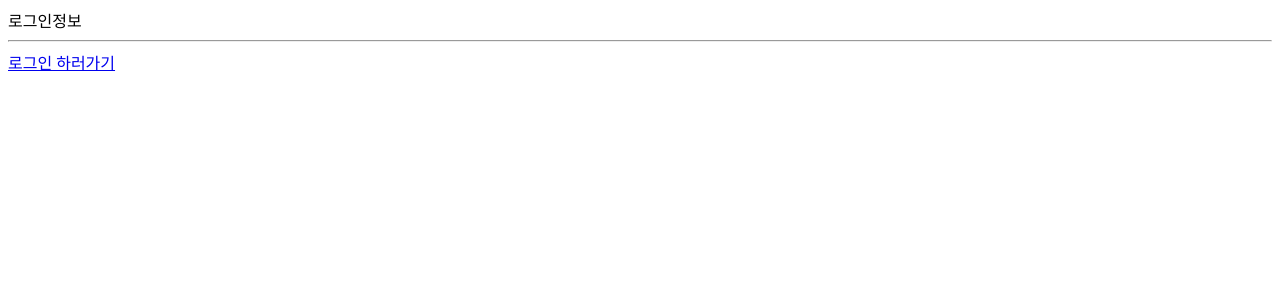
Repository: LetsBeLikeSophie/05_Android
Page: http://localhost/springHbe/cgiSession/showInfo.jsp
An editor plug-in stored every save of this project. The page is shown before and after the next save, followed by the edit.
The browser window is 1280 px wide. The pictures show the whole page.
The page is served by Tomcat 9. Other server files are loaded and not shown.

Above is the page before, as saved 2021-10-29 03:26:29.

### 211103/el_spring_hbe_work_로그인_세션_메일/springHbe/WebContent/cgiSession/showInfo.jsp
<%@ page language="java" contentType="text/html; charset=UTF-8" pageEncoding="UTF-8"%>
<%@ page import="a.b.c.com.cgi.session.K_Session"%>


<% request.setCharacterEncoding("UTF-8");%>
<%
	K_Session ks = K_Session.getInstance();

	String kID = ks.getSession(request);
%>
<!DOCTYPE html>
<html>
<head>
<meta charset="UTF-8">
<title>세션 정보 보기</title>
</head>
<body>
로그인정보
<hr>
<%
	if (kID !=null && kID.length() > 0) {
%>
	아이디 : <%= kID %><br>
	<a href="/springHbe/cgiSession/logout.jsp">로그아웃</a><br>
<%
	}else{
%>
	<a href="/springHbe/cgiSession/login.html">로그인 하러가기</a>
<%
	}
%>
</body>
</html>

### 211103/el_spring_hbe_work_로그인_세션_메일/springHbe/src/a/b/c/com/common/K_Session.java
package a.b.c.com.cgi.session;

import javax.servlet.http.HttpServletRequest;
import javax.servlet.http.HttpSession;

public class K_Session {

	private static final String K_SESSION_ID = "KID";

	// 싱글톤 패턴 : Singleton pattern
	private static class LazyHolder{
		public static final K_Session SESSIONLISTENER_INSTANCE = new K_Session();
	}

	public static K_Session getInstance(){
		return LazyHolder.SESSIONLISTENER_INSTANCE;
	}

	public K_Session(){
		super();
	}

	public void killSession(final HttpServletRequest hReq){

		HttpSession hSession = hReq.getSession(false);
		if (hSession !=null) {
			hSession.removeAttribute(K_SESSION_ID);
			hSession.invalidate();
		}
	}

	public boolean setSession(final HttpServletRequest hReq, final String userID) {

		HttpSession hSession = hReq.getSession();
		String k_session_val = (String)hSession.getAttribute(K_SESSION_ID);
		int nCnt = 0;

		if (k_session_val !=null) {
			boolean b1 = k_session_val.equals(userID);

			if (b1) {
				nCnt++;
			}else {
				System.out.println("세션 없음 >>> : ");
			}
		}else {
			System.out.println("세션 없음 >>> : ");
		}

		if (nCnt == 0) {
//			hSession.invalidate();
			hSession.setAttribute(K_SESSION_ID, userID);
			hSession.setMaxInactiveInterval(60*60);

			return false;
		}
		return true;
	}

	public String getSession(final HttpServletRequest hReq){

		String strSession = "";
		HttpSession hSession = hReq.getSession(false);
		if (hSession !=null) {
			strSession = (String)hSession.getAttribute(K_SESSION_ID);
		}
		return strSession;
	}
}

After the next save:
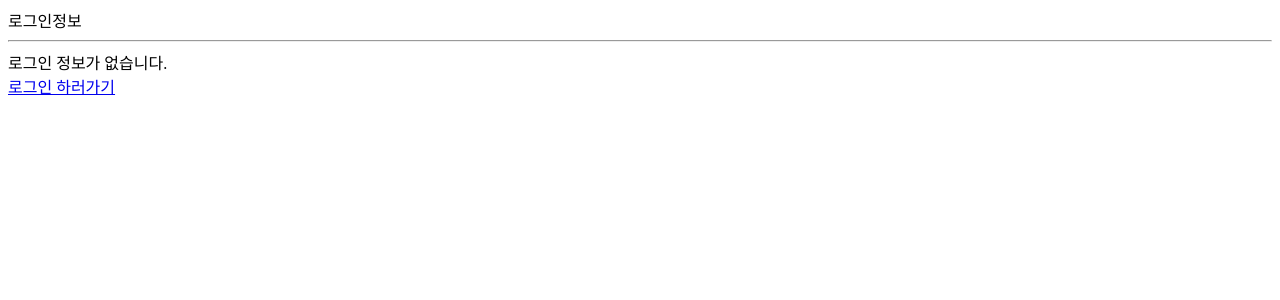
Saved 22 s later.
--- a/211103/el_spring_hbe_work_로그인_세션_메일/springHbe/WebContent/cgiSession/showInfo.jsp
+++ b/211103/el_spring_hbe_work_로그인_세션_메일/springHbe/WebContent/cgiSession/showInfo.jsp
@@ -25,6 +25,7 @@
 <%
 	}else{
 %>
+	로그인 정보가 없습니다.<br>
 	<a href="/springHbe/cgiSession/login.html">로그인 하러가기</a>
 <%
 	}
